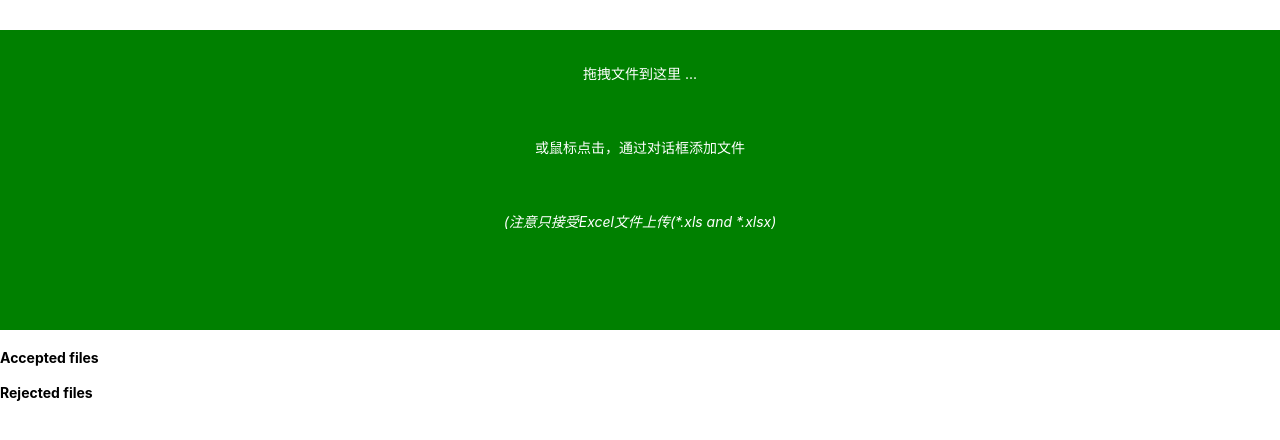
Repository: enigmawxy/abi2020
Page: /
These files come from the project's save history. The page is drawn as it stood at one moment and after the next save; the edit follows.
The browser window is 1280 px wide. The pictures show the whole page.
The page's requests for data from a server got no answer. The project was rebuilt for these pictures with package versions that can differ from the ones it lists, and the page was loaded fresh each time. No one was signed in, and anything a server would have sent is missing. Also part of the build but not shown: src/components/login/login.scss, src/components/login/login.jsx, src/common/header.scss, src/common/header.jsx, src/common/footer.scss, src/common/footer.jsx, src/components/register/content.scss, src/components/register/content.jsx and 3 more.

Above is the page before, as saved 2020-08-19 10:54:46.

After the next save:
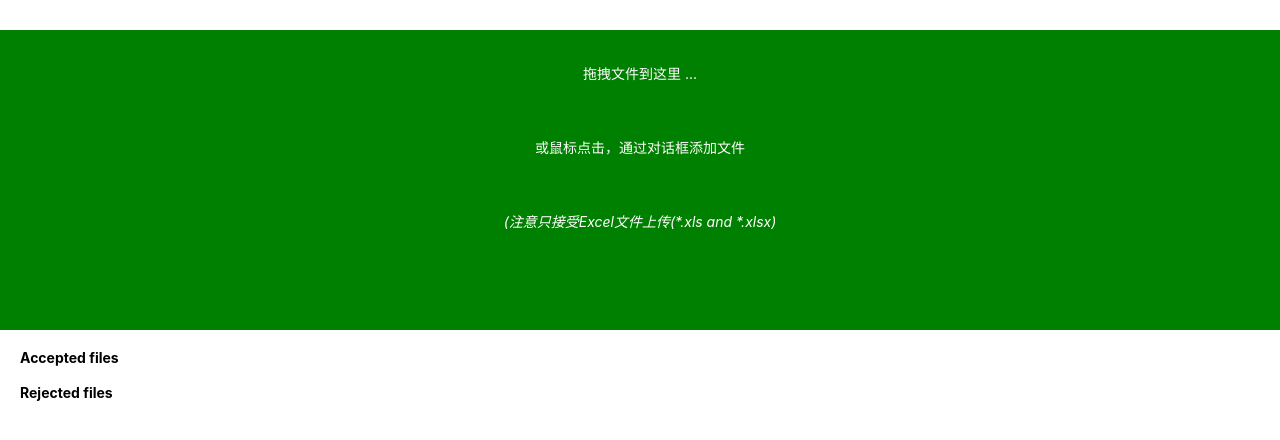
Saved 22 s later.
--- a/src/common/Accept.scss
+++ b/src/common/Accept.scss
@@ -17,6 +17,9 @@
     aside {
         flex: 1;
         background: #fff;
+        h4 {
+            padding-left: 20px;
+        }
     }
 }
 
